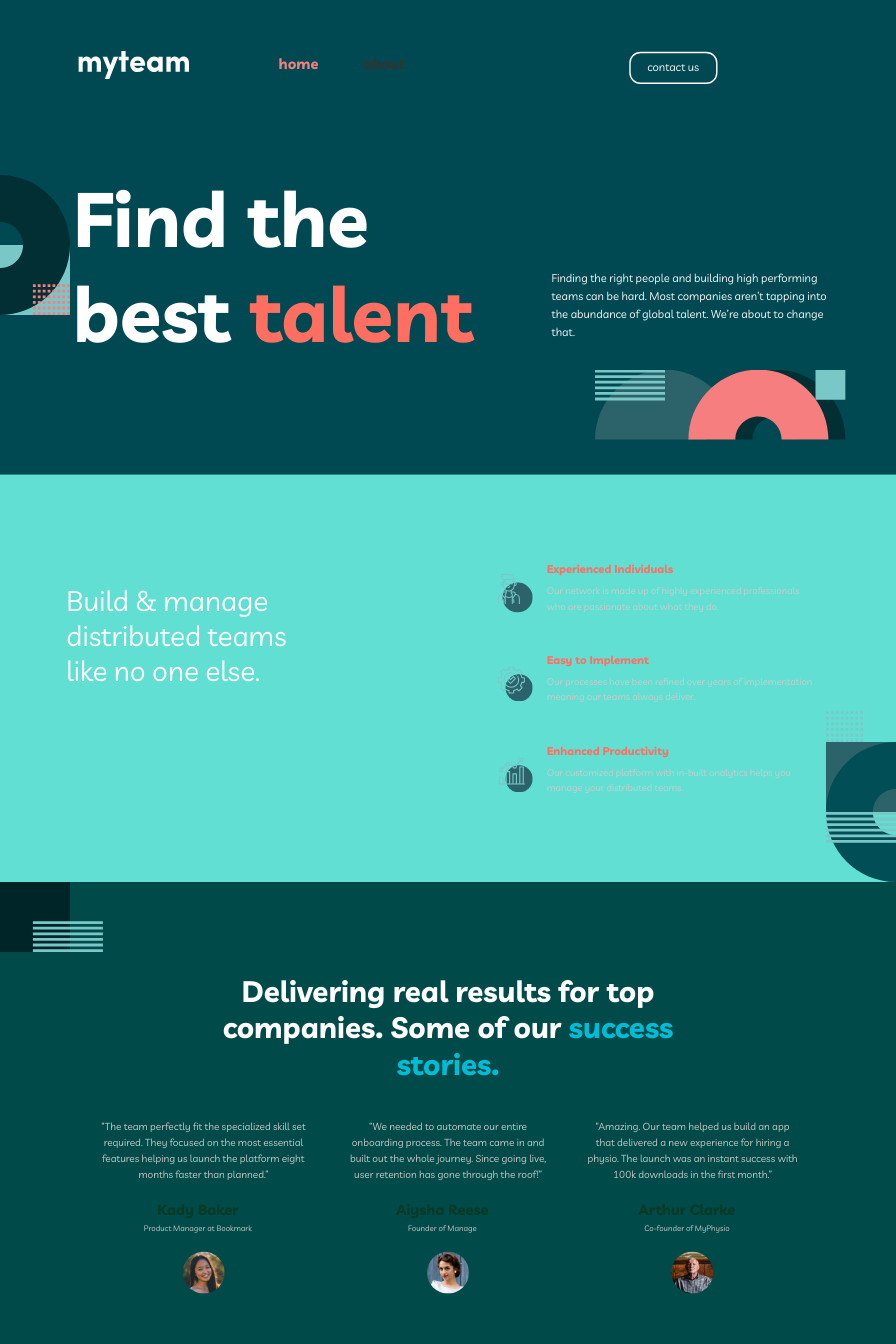
Repository: Gabriel221-dev/Project-page-main
Page: /
The author's editor kept a copy of each file at every save. The page is drawn from the files as they stood at one save, then again after the next save.
The browser window is 1280 px wide. The pictures show the part of the page from y = 0 to 1920 px (the page is 2612 px tall), at 70% of full size.
The project was rebuilt for these pictures with package versions that can differ from the ones it lists, and the page was loaded fresh each time. Also part of the build but not shown: vite.config.js, src/pages/About.css, src/components/DirectorCard.css, src/components/DirectorCard.jsx, src/pages/About.jsx, src/pages/Contact.css, src/pages/Contact.jsx.

Above is the page before, as saved 2024-07-23 18:30:27.

### src/App.jsx
import { BrowserRouter as Router, Route, Routes } from "react-router-dom";
import Home from "./pages/Home";
import About from "./pages/About";
import Contact from "./pages/Contact";
import Header from "./components/Header";
import Footer from "./components/Footer";
import "./styles/global.css";

const App = () => {
  return (
    <Router>
      <Header />
      <main>
        <Routes>
          <Route path="/" element={<Home />} />
          <Route path="/about" element={<About />} />
          <Route path="/contact" element={<Contact />} />
        </Routes>
      </main>
      <Footer />
    </Router>
  );
};

export default App;

### src/components/Header.jsx
import { useState } from "react";
import { NavLink } from "react-router-dom";
import { FaBars } from "react-icons/fa";
import Sidebar from "./Sidebar";
import "./Header.css";
import { IconContext } from "react-icons";

const Header = () => {
  const [isSidebarToggled, setSidebarToggled] = useState(false);

  const handleToggle = () => {
    setSidebarToggled((prev) => !prev);
  };

  return (
    <>
      <IconContext.Provider value={{ color: "#fff" }}>
        <header className="header">
          <nav className="header__nav">
            <NavLink className="header__brand" to="/">
              <img
                className="header__logo"
                src="/Imagez/logo.svg"
                alt="Logo"
                loading="eager"
                width="160"
              />
            </NavLink>

            <ul className="header__navigation">
              <li className="header__link">
                <NavLink
                  className={({ isActive }) =>
                    isActive
                      ? "header__anchor header__anchor--active"
                      : "header__anchor"
                  }
                  to="/"
                >
                  home
                </NavLink>
              </li>
              <li className="header__link">
                <NavLink
                  className={({ isActive }) =>
                    isActive
                      ? "header__anchor header__anchor--active"
                      : "header__anchor"
                  }
                  to="/about"
                >
                  about
                </NavLink>
              </li>

              <NavLink className="header__btn" to="/contact">
                contact us
              </NavLink>
            </ul>

            <button
              className="header__menu"
              title="Toggle Menu"
              onClick={handleToggle}
            >
              <FaBars />
            </button>
          </nav>
          <Sidebar isOpen={isSidebarToggled} onToggle={handleToggle} />
        </header>
      </IconContext.Provider>
    </>
  );
};

export default Header;

### src/styles/global.css
@import url('https://fonts.googleapis.com/css2?family=Livvic:ital,wght@0,400;0,500;0,600;0,700;1,400;1,500;1,600;1,700&display=swap');/* Reset some default browser styles */
* {
    margin: 0;
    padding: 0;
    box-sizing: border-box;
  }

  body {
    font-family: "Livvic", sans-serif;
    line-height: 1.6;
    color: #333;
    background-color: #004953;
    margin: 0;
    padding: 0;
  }

  /* Headings */
  h1, h2, h3, h4, h5, h6 {
    margin-bottom: 1rem;
    line-height: 1.25;
  }

  h1 {
    font-size: 2.5rem;
  }

  h2 {
    font-size: 2rem;
  }

  h3 {
    font-size: 1.75rem;
  }

  h4 {
    font-size: 1.5rem;
  }

  h5 {
    font-size: 1.25rem;
  }

  h6 {
    font-size: 1rem;
  }

  /* Paragraphs */
  p {
    margin-bottom: 1rem;
  }

  /* Links */
  a {
    color: #007BFF;
    text-decoration: none;
  }

  a:hover {
    text-decoration: underline;
  }

  /* Images */
  img {
    max-width: 100%;
    height: auto;
  }

  /* Forms */
  input, textarea, button {
    font-family: inherit;
    font-size: inherit;
  }

  input, textarea {
    width: 100%;
    padding: 0.5rem;
    margin-bottom: 1rem;
    border: 1px solid #ccc;
    border-radius: 4px;
  }

  button {
    padding: 0.5rem 1rem;
    background-color: #007BFF;
    color: #fff;
    border: none;
    border-radius: 4px;
    cursor: pointer;
  }

  button:hover {
    background-color: #0056b3;
  }

  /* Utility Classes */
  .container {
    max-width: 1200px;
    margin: 0 auto;
    padding: 0 1rem;
  }

  .text-center {
    text-align: center;
  }

  .mt-1 {
    margin-top: 1rem;
  }

  .mb-1 {
    margin-bottom: 1rem;
  }

  .mt-2 {
    margin-top: 2rem;
  }

  .mb-2 {
    margin-bottom: 2rem;
  }

  .mt-3 {
    margin-top: 3rem;
  }

  .mb-3 {
    margin-bottom: 3rem;
  }

  .mt-4 {
    margin-top: 4rem;
  }

  .mb-4 {
    margin-bottom: 4rem;
  }

  .mt-5 {
    margin-top: 5rem;
  }

  .mb-5 {
    margin-bottom: 5rem;
  }

### src/components/ContactBanner.jsx
import { Link } from "react-router-dom";
import "./ContactBanner.css";

const ContactBanner = () => {
  return (
    <div className="banner">
      <div className="banner__content">
        <h1 className="banner__title">Ready to get started?</h1>
        <Link to="/contact" className="banner__btn">
          contact us
        </Link>
      </div>
    </div>
  );
};

export default ContactBanner;

### src/pages/Home.css
/* Variables */
:root {
    --midnight-green: #004d40;
    --light-coral: #ff6f61;
    --rapture-blue: #00bcd4;
    --deep-jungle-green: #002b22;
    --sacramento-state-green: #003b36;
  }

  /* Main styles */
  /* .home {
    padding: 10px;
  } */

  .find {

    display: flex;
    align-items: center;
    justify-content: center;
    padding: 50px 0;
    position: relative;
    background-image: url('/Imagez/bg-pattern-home-1.svg');
    background-repeat: no-repeat;
    background-position: left -100px top 56px;
  }

  @media only screen and (max-width: 768px) {
    .find {
      background-image: none;
    }
  }

  .find__content {
    display: flex;
    flex-direction: row;
    align-items: center;
    justify-content: center;
    text-align: left;
    color: white;
    background-image:url('/Imagez/bg-pattern-home-2.svg');
    background-repeat: no-repeat;
    background-position: right bottom ;
  }

  @media only screen and (max-width: 768px) {
    .find__content {
      flex-direction: column;
    }
  }

  .find__title {
    font-size: 6.8rem;
    margin-bottom: 4rem;
    padding-left: 2rem;
    padding-bottom: 3rem;
    flex: 1;
    max-width: 700px;
  }

  @media only screen and (max-width: 768px) {
    .find__title {
      text-align: center;
      margin: 0 auto;
      font-size: 2rem;
    }
  }

  .find__title--coral {
    color: var(--light-coral);
  }

  .find__description {
    font-size: 1rem;
    padding: 2rem 0.5rem;
    margin: 1rem 0.5rem;
    max-width: 420px;
    flex: 1;
  }

  @media only screen and (max-width: 768px) {
    .find__description {
      text-align: center;
      margin: 0 auto;
      font-size: 1rem;
    }
  }

  .build {
    background-color: #62dfd3;
    padding: 50px 0;
    display: flex;
    height: 100%;
    align-items: center;
    justify-content: center;
    position: relative;
    background-image: url('/Imagez/bg-pattern-home-3.svg');
    background-repeat: no-repeat;
    background-position: right -100px bottom;
  }

  @media only screen and (max-width: 768px) {
    .build {
      background-position: right -100px top;
      flex-direction: column;
    }
  }

  .build__content {
    display: flex;
    flex-direction: row;
    align-items: flex-start;
    justify-content: space-between;
    max-width: 1200px;
    width: 100%;
    margin-top: 1rem;
    padding: 1.8rem;
  }

  @media only screen and (max-width: 768px) {
    .build__content {
      flex-direction: column;
    }
  }

  .build__title {
    font-size: 2.5rem;
    font-weight: bold;
    color: #fff;
    margin: 10px -24px;
    flex: 1;
    max-width: 420px;
    padding: 50px;
    text-align: left;
    font-weight: 200;
  }

  @media only screen and (max-width: 768px) {
    .build__title {
      margin-bottom: 20px;
      text-align: left;
      padding: 1rem;
      width: 250px;
      font-size: 2rem;
      text-align: left;
      justify-content: flex-start;
    }
  }

  .build__items {
    font-size: 0.5rem;
    display: flex;
    flex-direction: column;
    flex: 1;
    margin: 10px 50px;
    max-width: 450px;
  }

  @media only screen and (max-width: 768px) {
    .build__items {
      max-width: 100%;
    }
  }

  .build__item {
    display: flex;
    align-items: center;
    margin: 20px 0;
    text-align: left;
  }

  @media only screen and (max-width: 768px){
    .build__item{
      flex-direction: column;
      align-items: center;
    }
  }

  .build__icon {
    width: 50px;
    margin-right: 20px;

  }

  @media only screen and (max-width: 768px) {
    .build__icon {
      margin-bottom: 10px; /* Space between icon and text */
    }
  }

  .build__text h3 {
    font-size: 1rem;
    color: #ff6f61;
    font-weight: bold;
    margin-bottom: 10px;
  }

  @media screen and (max-width:768px){
    .build__text h3{
      padding: 1rem;
      font-size: 1rem;
      text-align: center;

    }
  }

  .build__text p {
    font-size: 0.85rem;
    color: #ccc;
    margin-top: 0;
  }

  @media screen and (max-width:768px){
    .build__text p{
      padding-bottom: .5rem;
      font-size: .8rem;
      width: 340px;
      text-align: center;
    }
  }

  .delivering {
    background-color: #004b49;
    padding: 50px 0px;
    position: relative;
    background-image:url(/Imagez/bg-pattern-home-4-about-3.svg), url(/Imagez/bg-pattern-home-5.svg);
    background-repeat: no-repeat;
    background-position: left top, right bottom;
    width: auto;
  }

  .delivering__content {
    text-align: center;
    max-width: 1000px;
    margin: 0 auto;
    grid-column: center-start / center-end;
    grid-row: 2 / 3;
    display: grid;
    grid-template-rows: 140px repeat(2, auto) 140px;
  }

  @media only screen and (max-width: 768px) {
    .delivering__content {
      grid-template-rows: 100px repeat(2, auto) 100px;
    }
  }

  .delivering__title {
    font-size: 41.9px;
    font-weight: bold;
    color: #fff;
    text-align: center;
    max-width: 49.5rem;
    height: 170px;
    margin-left: auto;
    margin-right: auto;
    margin-top: 79px;
    /* background-color:greenyellow; */
  }

  @media only screen and (max-width: 768px) {
    .delivering__title {
      margin-top: 4.8rem;
      font-size: 1.9rem;
      display: block;
      max-width: 550px;
      margin-bottom: 60px;
      padding: 1.5rem;
    }
  }

  .delivering__title--rapture-blue {
    color: var(--rapture-blue);
  }

  .delivering__quotes {
    justify-content: center;
    grid-row: 3 / 4;
    display: grid;
    grid-template-columns: repeat(3, 1fr);
    column-gap: 3rem;
    margin-top: 2rem;
    height: 350px;
    max-width: 1000px;
    margin-top: 8rem;
  }

  @media only screen and (max-width: 768px) {
    .delivering__quotes {
      grid-template-columns: 1fr;
      grid-template-rows: repeat(3, min-content);
      column-gap: 0;
      row-gap: 2.5rem;
      padding: 2.5rem;
      margin-top: 6.8rem;
    }
  }

  .delivering__quote {
    text-align: center;
    display: flex;
    flex-direction: column;
    justify-content: space-between;
    height: 100%;
        margin-left: auto;
    margin-right: auto;
  }

  .delivering__quote p {
    font-size: .9rem;
    color: #ccc;
    display: -webkit-box;
    -webkit-box-orient: vertical;
    -webkit-line-clamp: 4;
    overflow: hidden;
    text-overflow: ellipsis;
    margin-top: 20px;
  }

  .delivering__quote h3 {
    font-size: 1.3rem;
    color: #083a26;
    margin:-8rem 2rem -3rem 1rem;
  }

  .delivering__quotes .name__tag {
    font-size: .7rem;
    margin:-5rem 1rem -2rem 0rem;
  }

  .delivering__quote img {
    width: 60px;
    height: 60px;
    border-radius: 50%;
    align-self: center;
    margin: -5rem 0rem 5rem 0rem ;
  }


  @media only screen and (max-width: 768px) {
    .delivering__quotes {
      grid-template-columns: 1fr;
      grid-template-rows: repeat(3, min-content);
      column-gap: 0;
      row-gap: 2.5rem;
      padding: 2.5rem;
      height: auto
    }

    .delivering__quote {
      height: auto; /* Adjust height for smaller screens */
    }

    .delivering__quote p {
      -webkit-line-clamp: 3; /* Limits the text to 3 lines on smaller screens */
    }

    .delivering__quote h3, p{
      margin: .5rem;
    }

    .delivering__quote .name__tag{
      margin: -4px;
    }

    .delivering__quote img{
      margin: 15px;
    }
  }

### src/components/Sidebar.jsx
import PropTypes from "prop-types";
import { useNavigate } from "react-router-dom";
import { AiOutlineClose } from "react-icons/ai";
import "./Sidebar.css";
import { IconContext } from "react-icons";

const Sidebar = ({ isOpen, onToggle }) => {
  const navigate = useNavigate();

  const handleNavigate = (path) => {
    navigate(path);
    onToggle();
  };

  return (
    <IconContext.Provider value={{ color: "#fff" }}>
      <div className={`sidebar ${isOpen ? "sidebar--open" : ""}`}>
        <div className="sidebar__overlay" onClick={onToggle}></div>
        <div className="sidebar__content">
          <div className="sidebar__header">
            <button
              className="sidebar__close"
              title="Close Menu"
              onClick={onToggle}
            >
              <AiOutlineClose />
            </button>
          </div>

          <ul className="sidebar__navigation">
            <li className="sidebar__link">
              <button
                className="sidebar__anchor"
                onClick={() => handleNavigate("/")}
              >
                home
              </button>
            </li>
            <li className="sidebar__link">
              <button
                className="sidebar__anchor"
                onClick={() => handleNavigate("/about")}
              >
                about
              </button>
            </li>
          </ul>

          <button
            className="sidebar__btn"
            onClick={() => handleNavigate("/contact")}
          >
            contact us
          </button>
        </div>
      </div>
    </IconContext.Provider>
  );
};

Sidebar.propTypes = {
  isOpen: PropTypes.bool.isRequired,
  onToggle: PropTypes.func.isRequired,
};

export default Sidebar;

### src/components/Header.css
.header {
    background-color: #004953;
    height: 194px;
    display: flex;
    justify-content: space-between;
    align-items: center;
    padding: 1rem 7rem;
  }

  @media only screen and (max-width: 850px) {
    .header {
      height: 150px;
      /* background-color:red; */
      align-items:left;
    }
  }

  @media only screen and (max-width: 576px) {
    .header {
      height: 128px;
    }
  }

  .header__nav {
    /* display: flex;
    align-items: center;
    gap: 8rem; */
    grid-column: center-start / center-end;
    display: grid;
    grid-template-columns: max-content 1fr max-content;
    align-items: center;
    column-gap: 8rem;

    @media only screen and (max-width: 768px) {
      column-gap: 4rem;
    }

    @media only screen and (max-width: 576px) {
        grid-template-columns: repeat(2, 1fr);
        column-gap: 0;
    }
  }

  .header__logo {
    max-width: 158px;

    @media only screen and (max-width: 768px) {
      margin-right: 14rem;
      margin-left: -5rem;
    }
  }

  .header__navigation {
    list-style: none;
    display: flex;
    margin: 0;
    padding: 0;
    text-decoration: none;

    @media only screen and (max-width: 820px) {
      display: none;
    }
  }

  .header__link {
    margin-right: 4rem;
    text-decoration: none;
  }

  /* .header:last-child {
    margin-right: 0;
  } */

  .header__anchor {
    font-size: 1.3rem;
    text-decoration: none;
    color: #333;
    font-weight: bold;
  }

  .header__anchor:hover{
    text-decoration: none;
  }

  .header__anchor--active {
    color: #f08080;
}

  .header__btn {
    background-color: transparent;
    border: 2px solid #fff;
    border-radius:16px;
    color: #fff;
    padding: 0.5rem 1.5rem;
    margin-left: 16rem;
    text-decoration: none;
    display: inline-block;
    cursor: pointer;
    justify-self: end;

    @media only screen and (max-width: 820px) {
      display: none;
    }
  }

  .header__btn:hover{
    background-color:white;
    color:#004953;
    text-decoration: none;
    border-radius:16px;
    transform: scale(1.05);
    transition: transform 0.6s ease-in-out, border-bottom 0.6s ease;
  }

  .header__menu {
    display: none;

    @media only screen and (max-width: 820px) {
      display: flex;
      width: 50px;
      height: 28px;
      padding: .1rem;
      border: 0;
      outline: 0;
    }
  }

  .header__menu:hover{
    background:none;
  }

### src/components/ContactBanner.css
.banner {
    background-color: #f08080;
    height: 200px;
    display: grid;
    column-gap: 3rem;
    align-items: center;
    align-content: center;
    background-image:url(/Imagez/bg-pattern-home-6-about-5.svg);
    background-repeat: no-repeat;
    background-position: left bottom;

    @media only screen and (max-width: 768px) {
      height: 302px;
    }
  }

  .banner__content {
    grid-column: 2 / 10;
    display: grid;
    grid-template-columns: repeat(12, 1fr);
    align-items: center;
    grid-column: center-start / center-end;
    column-gap: 3rem;

    @media only screen and (max-width: 768px) {
      grid-template-rows: repeat(2, min-content);
      grid-template-columns: 1fr;
      column-gap: 0;
      row-gap: 2.4rem;
      text-align: center;
    }
  }

  .banner__title {
    color: #1b4332;
    margin: 1rem;
    grid-column:1 / 7;


    @media only screen and (max-width: 768px) {
      grid-column: 2 / 9;
    }

    @media only screen and (max-width: 480px) {
      grid-column: 1 / 2;
    }
  }

  .banner__btn {
    grid-column: 10 / -1;
    background-color: green;
    color: #ffffff;
    margin: 1rem;
    border-radius: 1rem;
    padding-left: 3.5rem;


    @media only screen and (max-width: 768px) {
        grid-column: 9 / -1;
      margin: auto;
      padding: .5rem;
    }
  }

  /* New styles for mobile layout */
  @media only screen and (max-width: 480px) {
    .banner__content {
      grid-template-columns: auto; /* Remove explicit row heights */
      text-align: center; /* Center align content on smaller screens */
    }

    .banner__title {
      grid-column: 1 / -1; /* Span across all columns */
      margin-bottom: 1rem; /* Add space between title and button */
    }
  }

### src/components/Sidebar.css
.sidebar {
    display: none;
    width: 100%;
    height: 100%;
    position: fixed;
    top: 0;
    left: 0;
    z-index: 100;
    transition: all 0.3s ease;
  }

  .sidebar--open {
    display: grid;
    grid-template-columns: 1fr min-content;
  }

  .sidebar__overlay {
    grid-column: 1 / -1;
    grid-row: 1 / 2;
    background-color: rgba(0, 0, 0, 0.5);
    transition: background-color 0.3s ease;

  }

  .sidebar__content {
    grid-column: 2 / 3;
    grid-row: 1 / 2;
    background-color: #194c4c;
    width: 250px;
    display: grid;
    grid-template-rows: 128px repeat(2, min-content);
    grid-template-columns: 48px 1fr 25px;
    transition: width 0.3s ease;
    background-image: url(/Imagez/bg-pattern-about-1-mobile-nav-1.svg);
    background-repeat: no-repeat;
    background-position: right -100px bottom;
    transition: width .4s ease;

  }

  .sidebar__header {
    grid-column: 2 / 3;
    justify-self: end;
    align-self: center;
  }

  .sidebar__close {
    background-color:#194c4c ;
    width: 30px;
    border: 0;
    outline: 0;
  }

  .sidebar__close:hover{
    background-color:#194c4c;
  }

  .sidebar__navigation {
    grid-column: 2 / 3;
    list-style: none;
    margin: 0;
    padding: 0;
  }

  .sidebar__link {
    margin-bottom: 2.4rem;
  }

  .sidebar__anchor {
    font-size: 1.1rem;
    color: #fff;
    background: transparent;
    border: none;
    text-decoration: none;
    cursor: pointer;
  }

  .sidebar__anchor:hover{
    background:none;
  }

  .sidebar__btn {
    grid-column: 2 / 3;
    background-color: transparent;
    border: 1px solid #fff;
    color: #fff;
    padding: 0.5rem 1rem;
    text-decoration: none;
    display: inline-block;
    cursor: pointer;
    width: 159px;
  }

  .sidebar__btn:hover{
    background:white;
    color:#194c4c;
    transform: scale(1.05);
    transition: transform 0.3s ease-in-out, border-bottom 0.6s ease;
  }

  .sidebar--open .sidebar__overlay {
    background-color: rgba(0, 0, 0, 0.5);
  }

  .sidebar--open .sidebar__content {
    width: 250px;
  }

  @media (max-width: 768px) {
    .header__menu {
      display: grid;
      background-color: transparent;
      width: 24px;
      border: 0;
      outline: 0;
      justify-self: end;
      align-self: center;
      margin-left: auto;
    }
  }

Loaded but not shown: index.html (common file); src/main.jsx (common file); src/pages/Home.jsx (120 lines, source omitted); src/components/Footer.jsx (89 lines, source omitted); src/components/Footer.css (209 lines, source omitted)

After the next save:
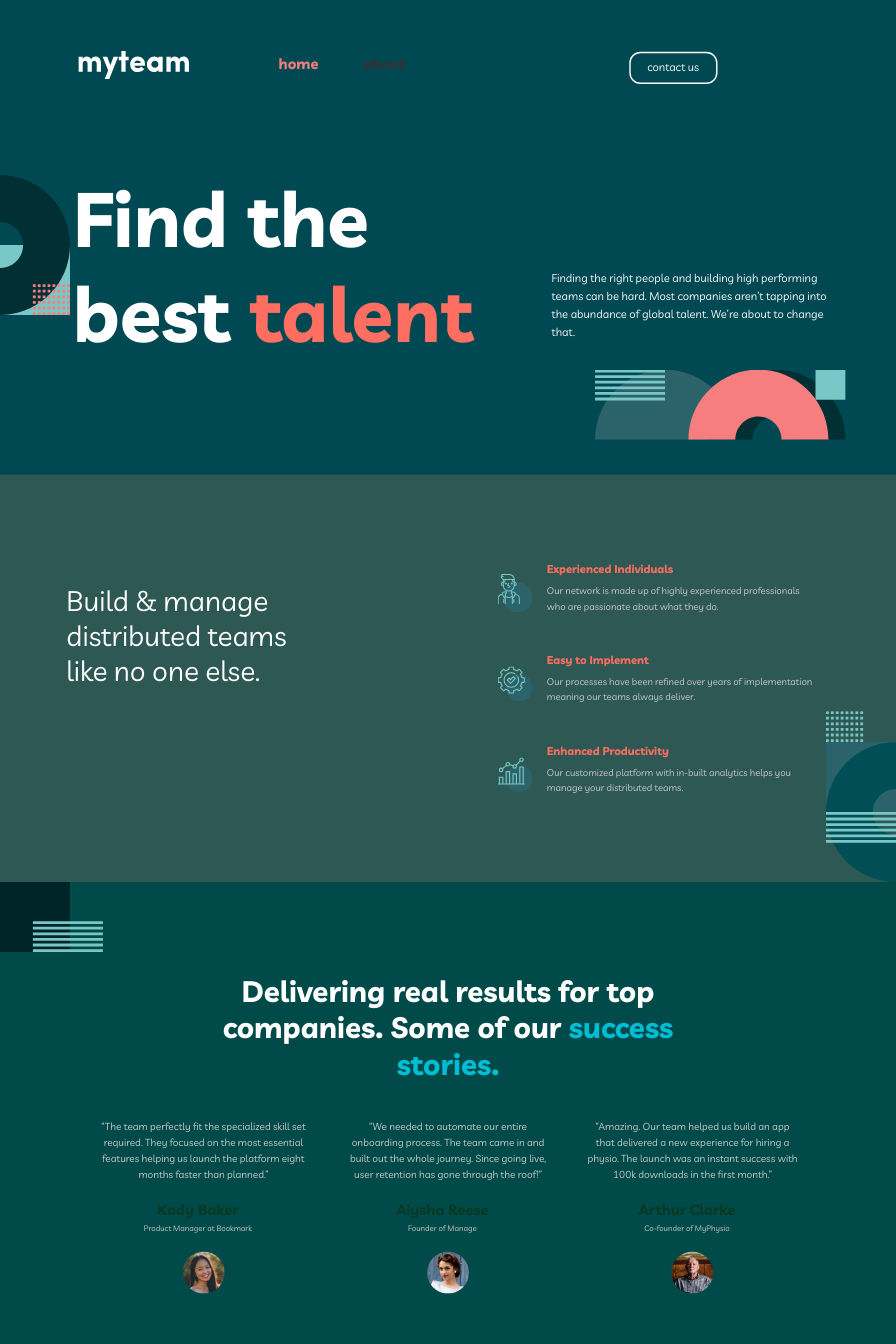
Saved 8 s later.
--- a/src/pages/Home.css
+++ b/src/pages/Home.css
@@ -86,7 +86,7 @@
   }
 
   .build {
-    background-color: #62dfd3;
+    background-color: #2d5854;
     padding: 50px 0;
     display: flex;
     height: 100%;
